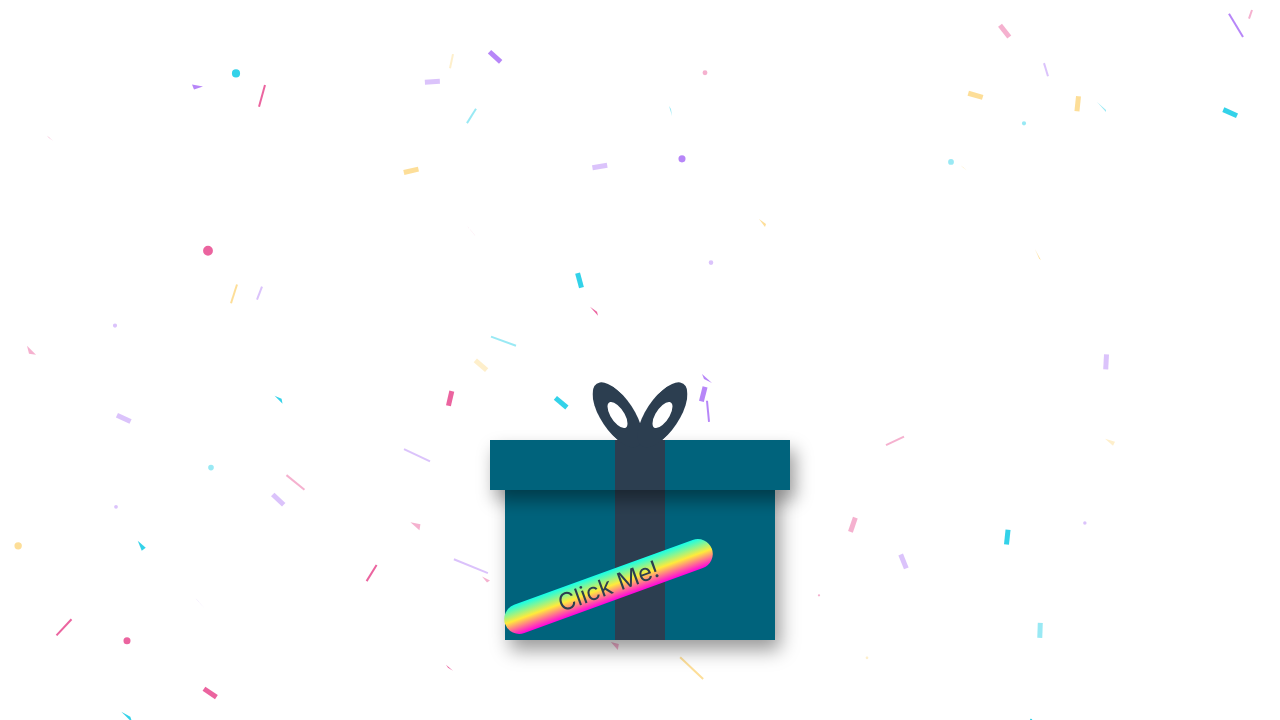
Repository: trongnghia161001/birth_day
Page: index.html
These files come from the project's save history. The page is drawn as it stood at one moment and after the next save; the edit follows.
The browser window is 1280 px wide. The pictures show the whole page.

Above is the page before, as saved 2022-11-14 22:07:29.

After the next save:
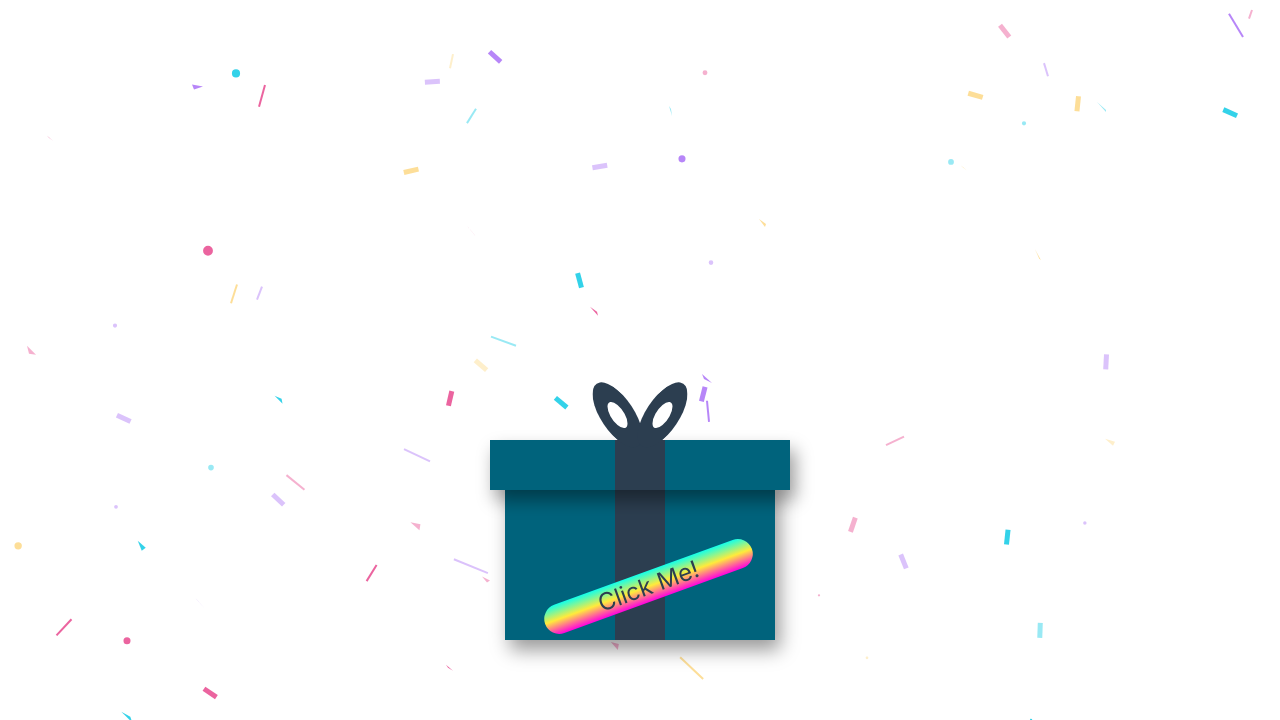
Saved 6 s later.
--- a/styles/style.css
+++ b/styles/style.css
@@ -72,7 +72,7 @@ li span {
   color: #2C3E50;
   width: 100%;
   content: "Click Me!";
-  left: 10px;
+  left: 50px;
   bottom: 0;
   font-size: 24px;
   text-align: center;
